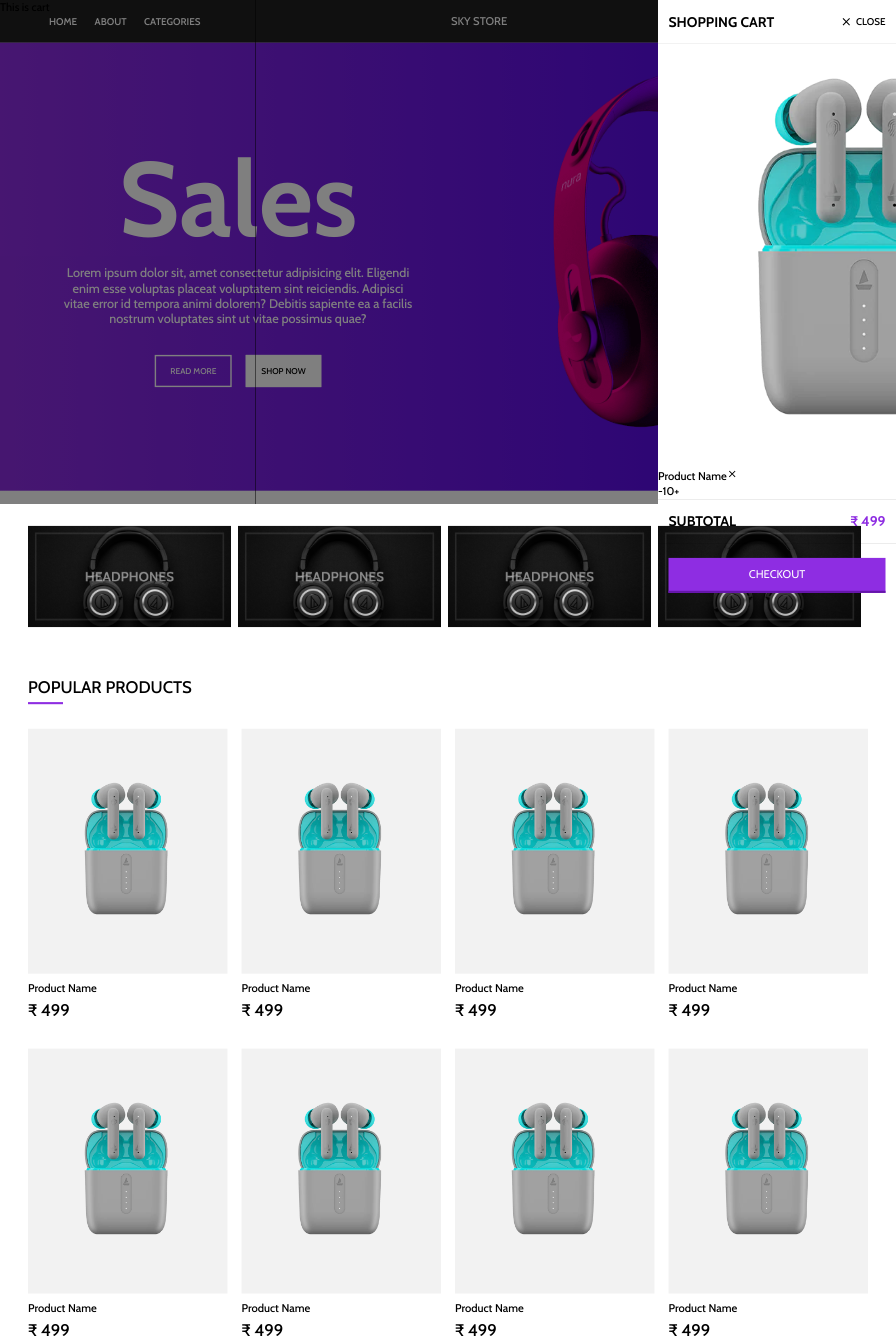
Repository: suraj-yadav7/ecommerce
Page: /, after clicking the first element matching `span.cart-icon`
An editor plug-in stored every save of this project. The page is shown before and after the next save, followed by the edit.
The browser window is 1280 px wide. The pictures show the part of the page from y = 0 to 1920 px (the page is 2815 px tall), at 70% of full size.
The project was rebuilt for these pictures with package versions that can differ from the ones it lists, and the page was loaded fresh each time. Also part of the build but not shown: src/components/Category/Category.scss, src/components/Category/Category.jsx, src/components/SingleProduct/RelatedProducts/RelatedProducts.jsx, src/components/SingleProduct/SingleProduct.scss, src/components/SingleProduct/SingleProduct.jsx, src/App.scss, src/components/Header/Search/Search.scss, src/components/Header/Search/Search.jsx.

Above is the page before, as saved 2023-06-23 23:07:58.

### src/index.jsx
import React from 'react';
import ReactDOM from 'react-dom/client';
import './index.scss';
import App from './App';
import { Provider } from 'react-redux';
import store from './store/store';

const root = ReactDOM.createRoot(document.getElementById('root'));
root.render(
<Provider store={store}>
    <App />
</Provider>
);

### src/App.jsx
import React from 'react';
import { BrowserRouter as Router, Routes, Route } from 'react-router-dom';
import Home from "./components/Home/Home"
import Category from "./components/Category/Category"
import SingleProduct from "./components/SingleProduct/SingleProduct"
import './App.scss';
import Header from './components/Header/Header';
import Footer from './components/Footer/Footer';
import Newsletter from './components/Footer/Newsletter/Newsletter';

function App() {
  return (
   <>
   <Router>
    <Header/>
    <Routes>
        <Route exact path="/" element={<Home/>} />
        <Route exact path="/category/:id" element={<Category/>} />
        <Route exact path="/product/:id" element={<SingleProduct/>} />
    </Routes>
    <Newsletter/>
    <Footer />
   </Router>
   </>
  );
}

export default App;

### src/store/store.jsx
import { configureStore } from "@reduxjs/toolkit";
import productSlice from "./slices/productSlice";


const store = configureStore({
    reducer:{
        product:productSlice
    }
})

export default store;

### src/components/Home/Home.jsx
import { useDispatch, useSelector } from "react-redux";
import "./Home.scss";
import { addElement } from "../../store/slices/productSlice";
import Banner from "./Banner/Banner";
import Category from "../Home/Category/Category";
import Products from "../Products/Products";


const Home = () => {
    const dispatch = useDispatch()
    const data = useSelector((state) => state.product.data)
    return (
        <>
            <div className="home">
                <Banner />
                <div className="main-content">
                    <div className="layout">
                        <Category />
                        <Products  headingText="Popular Products"/>
                    </div>
                </div>
            </div>
        </>

    )
};

export default Home;

### src/components/Header/Header.jsx
import "./Header.scss";
import Search from "./Search/Search"
import Cart from "../Cart/Cart"
import { TbSearch } from "react-icons/tb"
import { CgShoppingCart } from "react-icons/cg"
import { AiOutlineHeart } from "react-icons/ai"
import "./Header.scss"
import { useEffect, useState } from "react";
import { Link } from "react-router-dom";

const Header = () => {
    const [scrollVal, setScrollVal] = useState(false)
    const handleScroll = ()=>{
        const offset = window.scrollY;
        console.log(offset)
        if(offset > 200){
            setScrollVal(true)
        }
        else{
            setScrollVal(false)
        }
    }
    useEffect(()=>{
        window.addEventListener("scroll", handleScroll)
    },[])

    const [showCart, setShowCart] = useState(false)

    return (
        <>
            <header className={`main-header ${scrollVal? "sticky-header":""}`}>
                <div className="header-content">
                    <ul className="left" >
                        <Link to="/">Home</Link>
                        <Link >About</Link>
                        <Link>Categories</Link>
                    </ul>
                    <div className="center"> SKY STORE</div>
                    <div className="right">
                        <TbSearch />
                        <AiOutlineHeart />
                        <span className="cart-icon" onClick={()=>setShowCart(true)}>
                            <CgShoppingCart />1
                        </span>
                    </div>
                </div >
            </header >
            {showCart && <Cart setshowcart={setShowCart} />}
        </>
    )
};

export default Header;

### src/components/Footer/Newsletter/Newsletter.jsx
import React from "react";
import {
    FaFacebookF,
    FaTwitter,
    FaInstagram,
    FaLinkedinIn,
} from "react-icons/fa";
import "./Newsletter.scss"

const Newsletter = () => {
    return (
    <>
        <div className="newsletter-section">
            <div className="newsletter-content">
                <span className="small-text" >Newsletter</span>
                <span className="big-text"> Sign up for latest updates and offers</span>
                <div className="form">
                    <input type="text" placeholder="Email Address" />
                    <button className="btn-sub">Subscribe</button>
                </div>
                <div className="text">will be used in accoudance with our privacy policy </div>
                <div className="social-icons">
                    <div className="icon">
                        <FaFacebookF size={18} />
                    </div>
                    <div className="icon">
                        <FaInstagram size={18} />
                    </div>
                    <div className="icon">
                        <FaTwitter size={18} />
                    </div>
                    <div className="icon">
                        <FaLinkedinIn size={18} />
                    </div>

                </div>
            </div>
        </div>;
    </>
    )
};
export default Newsletter;

### src/store/slices/productSlice.jsx
import { createSlice } from "@reduxjs/toolkit";

const productSlice = createSlice({
    name:"productSlice",
    initialState:{
        data:["lg", "sansung", "onida"],
        loading:false,
        error:null
    },

    reducers:{
        addElement:(state, action)=>{
            state.data.push(action.payload)
        },

    },

    extraReducers:{

    }


})

export default productSlice.reducer

export const {addElement}= productSlice.actions;

### src/components/Home/Home.scss
@import "../../css-config/mixins.scss";

.main-content{
    max-width: calc(100% - 20px);
    margin: 0 auto;
    @include md{
        max-width: 1200px;
    }
}

### src/components/Home/Banner/Banner.jsx
import "./Banner.scss";
import BannerImg from '../../../assets/banner-img.png'
const Banner = () => {
    return(
        <>
        <div className="hero-banner">
            <div className="content">
                <div className="text-content">
                    <h1>Sales</h1>
                    <p>Lorem ipsum dolor sit, amet consectetur adipisicing elit. Eligendi enim esse voluptas placeat voluptatem sint reiciendis. Adipisci vitae error id tempora animi dolorem? Debitis sapiente ea a facilis nostrum voluptates sint ut vitae possimus quae?</p>
                    <div className="ctas">
                        <div className="banner-cta">Read More</div>
                        <div className="banner-cta v2">Shop now</div>
                    </div>
                </div>
                <img src={BannerImg}className="banner-img" alt="banner-img"></img>
            </div>

        </div>

        </>
)
};

export default Banner;

### src/components/Home/Category/Category.jsx
import React from "react";
import cart1 from "../../../assets/category/cat-1.jpg"
import "./Category.scss";
const Category = () => {
    return (
    <>
        <div className="shop-by-category">
            <div className="categories">
                <div className="category">
                    <img src={cart1} alt=""/>
                </div>
                <div className="category">
                    <img src={cart1} alt=""/>
                </div>
                <div className="category">
                    <img src={cart1} alt=""/>
                </div>

                <div className="category">
                    <img src={cart1} alt=""/>
                </div>
            </div>

        </div>

    </>
    )
};

export default Category;

### src/components/Products/Products.jsx
import React from "react";
import Product from "./Product/Product"
import "./Products.scss";
const Products = ({innerPage,headingText}) => {
    return (
        <>
        <div className="products-container">
            {
             !innerPage && <div className="sec-heading" > {headingText}</div>
            }
            <div className="products">

                <Product />
                <Product />
                <Product />
                <Product />
                <Product />
                <Product />
                <Product />
                <Product />
            </div>
        </div>
        </>
        )
};

export default Products;

### src/components/Cart/Cart.jsx
import React from "react";
import {MdClose} from "react-icons/md"
import {BsCartX} from "react-icons/bs"
import CartItem from "./CartItem/CartItem"
import "./Cart.scss";

const Cart = ({setshowcart}) => {
    return (
        <>
        <div className="cart-panel">
            <div className="opac-layer">This is cart</div>
            <div className="cart-content">
                <div className="cart-header">
                    <span className="heading">Shopping Cart</span>
                    <span className="close-btn" onClick={()=>setshowcart(false)}>
                        <MdClose />
                        <span className="text">Close</span>
                        </span>
                </div>
                {/* <div className="empty-cart">
                    <BsCartX />
                    <span >No product in the cart</span>
                    <button className="return-cta">Return to Shop</button>
                </div> */}
                <>
                    <CartItem />
                    <div className="cart-footer">
                        <div className="subtotal">
                            <span className="text">Subtotal</span>
                            <span className="text total"> &#8377; 499</span>
                        </div>
                        <div className="button">
                            <button className="checkout-cta">Checkout</button>
                        </div>
                    </div>
                </>
            </div>
        </div>
        </>
    );
};

export default Cart;

### src/components/Footer/Footer.scss
@import "../../css-config/mixins.scss";

.footer {
    width: 100%;

    .footer-content {
        padding: 50px 20px;
        max-width: 1200px;
        margin: 0 auto;
        display: flex;
        flex-flow: wrap;
        gap: 20px;

        @include md {
            justify-content: space-between;
            padding: 50px 0;
        }

        .col {
            max-width: 300px;

            .title {
                margin-bottom: 20px;
                font-size: 20px;
            }

            .text {
                color: rgb(0, 0, 0, 0.5);
                font-size: 14px;
                margin-bottom: 8px;
            }

            .c-item {
                display: flex;
                margin-bottom: 10px;

                svg {
                    flex-shrink: 0;
                    font-size: 14px;
                    margin-right: 10px;
                    margin-top: 4px;
                    color: rgb(0, 0, 0, 0.5);

                }
            }
        }
    }

    .bottom-bar {
        border-top: 1px solid rgba(0, 0, 0, 0.1);
        .bottom-bar-content {
            padding: 20px;
            display: flex;
            align-items: center;
            flex-direction: column;
            text-align: center;
            gap: 10px;
            @include md {
                padding: 0;
                height: 60px;
                max-width: 1200px;
                margin: 0 auto;
                flex-direction: row;
                justify-content: space-between;
                text-align: left;
            }
            .text {
                font-size: 12px;
                color: Orgba (0, 0, 0, 0.5);
            }
        }
    }
}

### src/components/Home/Banner/Banner.scss
@import "../../../css-config/mixins.scss";

.hero-banner {
    padding: 40px 0;
    position: relative;
    background-image: linear-gradient(to right, #8e2de2, #4a00ed);
    @include md {
    height: calc(100vh - 80px) ;
    }
    .content{
    height: 100%;
    display: flex;
    justify-content: flex-end;
    align-items: center;
    flex-direction: column-reverse;
    max-width: calc(100% - 20px);
    margin: 0 auto;
    position: relative;
    @include md {
    flex-direction: row;
    max-width: 1200px;
    }
    .banner-img {
        position: relative;
        z-index: 9;
        width: 200px;
        margin-bottom: 20px;
        @include md{
            width: 450px;
            margin-right: 0px;
            margin-top: 0px;
            margin-bottom: 0;
        }
        @include xxl {
        width: 600px;
        margin-right: 0;
        margin-top: 0;
    }
    }
    .text-content {
        color: white;
        text-align: center;
        display: flex;
        flex-direction: column;
        align-items: center;
        @include md {
        position: absolute;
        left: 50px;
        top: 50%;
        transform: translateY(-50%) ;
        }
        @include xxl {
        left: 0;
        }
        h1{
            font-size: 80px;
            font-weight: 700;
            line-height: 1;
            margin-bottom: 20px;
            @include md{
                font-size: 150px;
            }
        }

        p{
            max-width: 300px;
            font-size: 14px;
            list-style: 20px;
            margin-bottom: 20px;
            @include md{
                max-width: 500px;
                font-size: 18px;
                line-height: 22px;
                margin-bottom: 40px;
            }
        }
        .ctas{
            display: flex;
            justify-content: center;
            gap: 20px;
            .banner-cta{
                text-transform: uppercase;
                font-size: 12px;
                font-weight: 500;
                width: fit-content;
                border: 2px solid white;
                padding: 10px 20px;
                cursor: pointer;
                &.v2{
                    background-color: white;
                    color: black;

                }
                &:hover{
                    opacity: 0.6;
                }
            }
        }
     }
    }
 }

### src/components/Home/Category/Category.scss
@import "../../../css-config/mixins.scss";

.shop-by-category {
    margin: 25px 0;
    @include md {
        margin: 50px 0;
    }
    .categories {
        display: flex;
        flex-flow: wrap;
        gap: 10px;
        .category {
            background-color: Oblack;
            width: calc(50% - 5px);
            cursor: pointer;
            overflow: hidden;
            @include md {
                width: calc(25% - 10px);
            }
            img {
                width: 100%;
                display: block;
                transition: all ease 0.3s;

            }
            &:hover{
                img{
                    transform: scale(1.2)
                }
            }
        }
    }
}

### src/components/Products/Product/Product.jsx
import React from "react";
import prod from "../../../assets/products/earbuds-prod-1.webp"
import "./Product.scss";
const Product = () => {
    return(
        <>
        <div className="product-card">
            <div className="thumbnail">
                <img src={prod} alt="" />
            </div>
            <div className="prod-details">
                <span className="name">Product Name</span>
                <span className="price">&#8377; 499</span>
            </div>
        </div>
         </>
    )
};

export default Product;

### src/components/Products/Products.scss
@import "../../css-config/mixins.scss";

.products-container {
    margin: 50px 0;
    @include md {
        margin: 75px 0;
    }
    .sec-heading {
        margin-bottom: 20px;
        font-size: 18px;
        font-weight: 500;
        text-transform: uppercase;
        @include md {
            margin-bottom: 35px;
            font-size: 24px;
        }
        &:after {
            content: "";
            display: block;
            margin-top: 5px;
            width: 50px;
            height: 3px;
            background-color: #8e2de2;
            @include md{
                margin-top: 10px;
            }
        }
    }
    .products{
        display: flex;
        flex-flow: wrap;
        gap: 10px;
        @include md{
            gap: 20px
        }
    }
}

### src/components/Cart/CartItem/CartItem.jsx
import React from "react";
import { MdClose } from "react-icons/md";
import prod from "../../../assets/products/earbuds-prod-1.webp"
import "./CartItem.scss";
const CartItem = () => {
    return (
        <>
            <div className="cart-products">
                <div className="cart-product">
                    <div className="img-container">
                        <img src={prod} alt="prods" />
                    </div>
                    <div className="prod-details">
                        <spam className="name">Product Name</spam>
                        <MdClose className="close-btn" />
                        <div className="quantity-buttons">
                            <span>-</span>
                            <span>10</span>
                            <span>+</span>
                        </div>
                    </div>
                </div>
            </div>
        </>
    );
};

export default CartItem;

### src/components/Products/Product/Product.scss
@import "../../../css-config/mixins.scss";

.product-card {
    width: calc(50% - 5px);
    margin-bottom: 20px;
    @include md {
        width: calc(25% - 15px);
    }
    .thumbnail {
        width: 100%;
        height: 180px;
        background-color: rgba(0, 0, 0, 0.05);
        margin-bottom: 10px;
        padding: 25px;
        display: flex;
        align-items: center;
        @include md {
            height: 350px;
        }
        img{
            transition: all ease 0.3s;
            display: block;
            width: 100%;
        }

    }
    .prod-details{
        .name{
            font-size: 14px;
            display: block;
            text-overflow: ellipsis;
            white-space: nowrap;
            overflow: hidden;
            @include md{
                font-size: 16px;
                margin-bottom: 10px;
            }
        }
        .price{
            font-size: 16px;
            @include md{
                font-size: 24px;
            }
        }
    }
    &:hover{
        .thumbnail{
            img{
                transform: scale(1.2);
            }
        }
    }
}

### src/components/Cart/CartItem/CartItem.scss
.cart-products {
    flex-grow: 1;
    .search-result-item {
        padding: 20px 15px;
        display: flex;
        gap: 10px;
        .image-container {
            background-color: rgba(0, 0, 0, 0.05);
            width: 60px;
            height: 60px;
            flex-shrink: 0;
            img {
                width: 100%;
                height: 100%;
            }
        }
        .prod-details {
            overflow: hidden;
            position: relative;
            .name {
                text-overflow: ellipsis;
                white-space: nowrap;
                overflow: hidden;
                font-size: 16px;
                line-height: 1;
                margin-bottom: 10px;
                font-weight: 600;
                display: block;
                padding-right: 25px;
            }
            .text {
                display: flex;
                align-items: center;
                gap: 5px;
                font-size: 12px;
                font-weight: 600;
                .highlight {
                    color: #8e2de2;
                }
            }
            svg {
                position: absolute;
                top: 0;
                right: 0;
                cursor: pointer;
            }
            .quantity-buttons {
                width: fit-content;
                display: flex;
                border: 1px solid rgba(0, 0, 0, 0.1);
                height: 30px;
                margin-bottom: 8px;
                span {
                    font-size: 14px;
                    width: 30px;
                    display: flex;
                    align-items: center;
                    justify-content: center;
                    cursor: pointer;
                    color: #6b6b6b;
                    &:nth-child(1) {
                        font-size: 18px;
                        border-right: 1px solid rgba(0, 0, 0, 0.1);
                    }
                    &:nth-child(2) {
                        width: 40px;
                    }
                    &:nth-child(3) {
                        font-size: 18px;
                        border-left: 1px solid rgba(0, 0, 0, 0.1);
                    }
                }
            }
        }
        &:hover {
            background-color: rgba(0, 0, 0, 0.05);
        }
    }
}

Loaded but not shown: public/index.html (common file); src/index.scss (common file); src/css-config/mixins.scss (common file); src/components/Cart/Cart.scss (144 lines, source omitted); src/components/Footer/Footer.jsx (59 lines, source omitted); src/components/Footer/Newsletter/Newsletter.scss (104 lines, source omitted); src/components/Header/Header.scss (112 lines, source omitted)

After the next save:
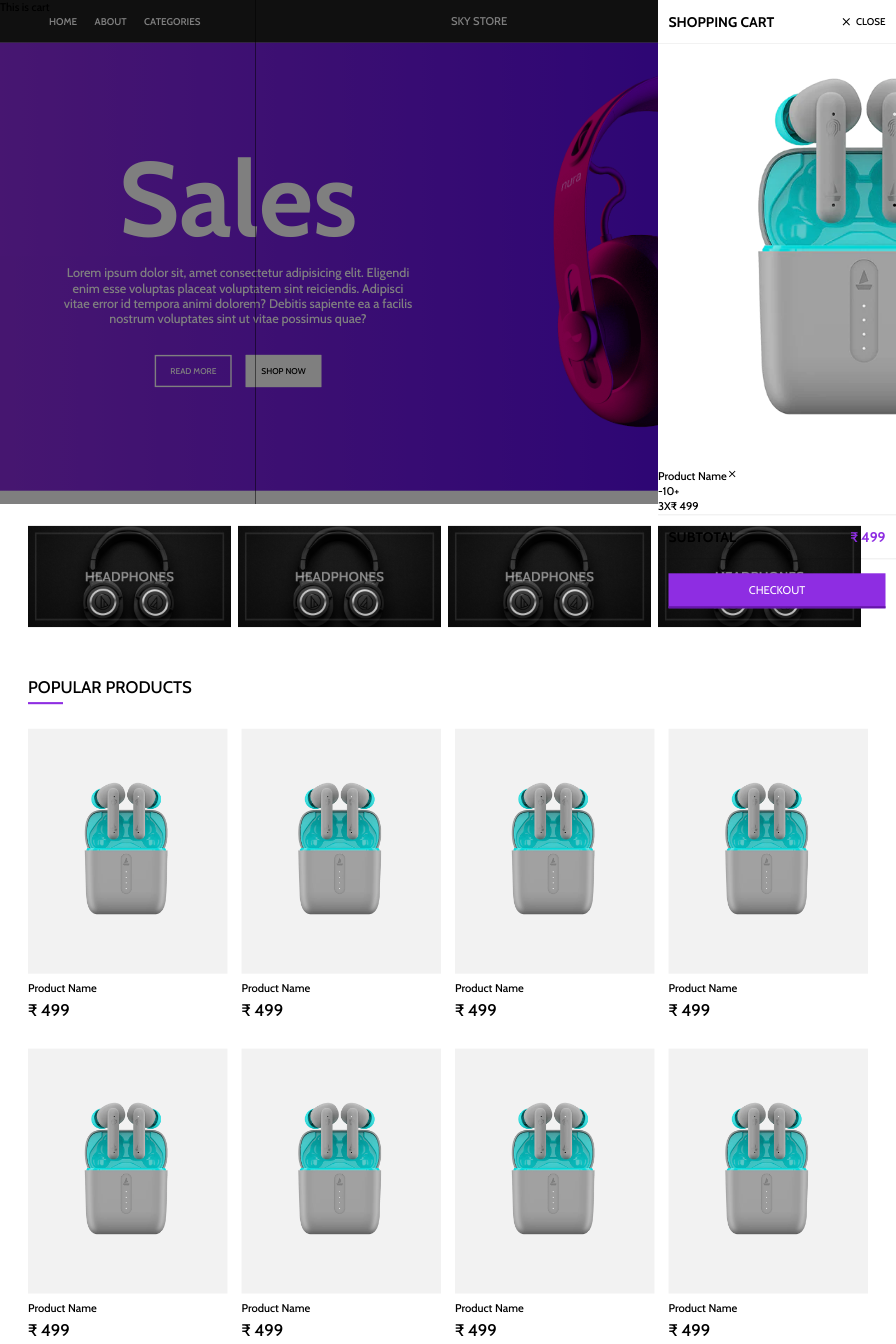
Saved 3 min 6 s later.
--- a/src/components/Cart/CartItem/CartItem.jsx
+++ b/src/components/Cart/CartItem/CartItem.jsx
@@ -18,6 +18,11 @@
                             <span>10</span>
                             <span>+</span>
                         </div>
+                        <div className="text">
+                            <span>3</span>
+                            <span>X</span>
+                            <span>&#8377; 499</span>
+                        </div>
                     </div>
                 </div>
             </div>
